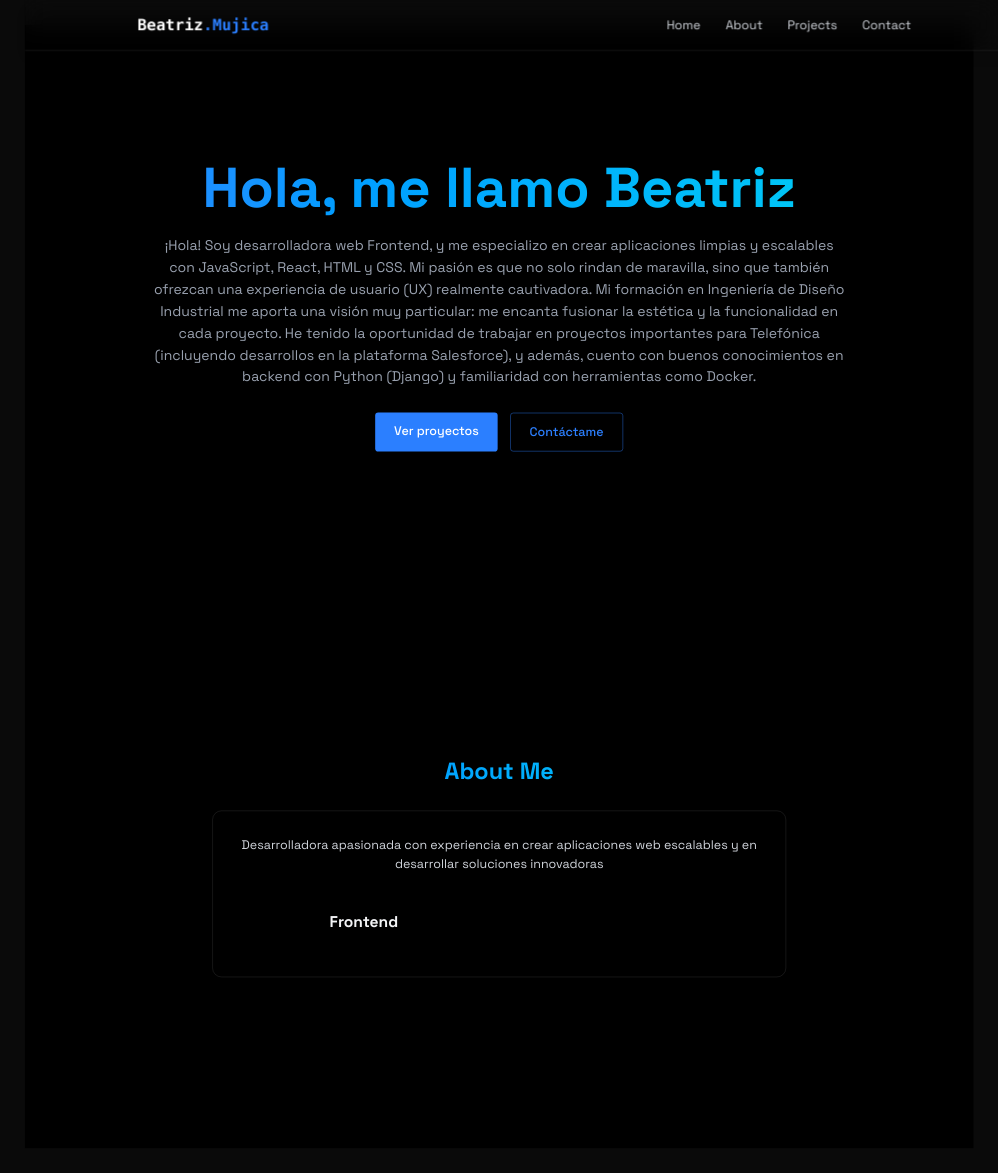
Repository: Bea0224/beatriz-portfolio
Page: /
An editor plug-in stored every save of this project. The page is shown before and after the next save, followed by the edit.
The browser window is 1280 px wide. The pictures show the whole page, at 78% of full size.
The project was rebuilt for these pictures with package versions that can differ from the ones it lists, and the page was loaded fresh each time. Also part of the build but not shown: vite.config.js.

Above is the page before, as saved 2025-12-06 21:06:21.

After the next save:
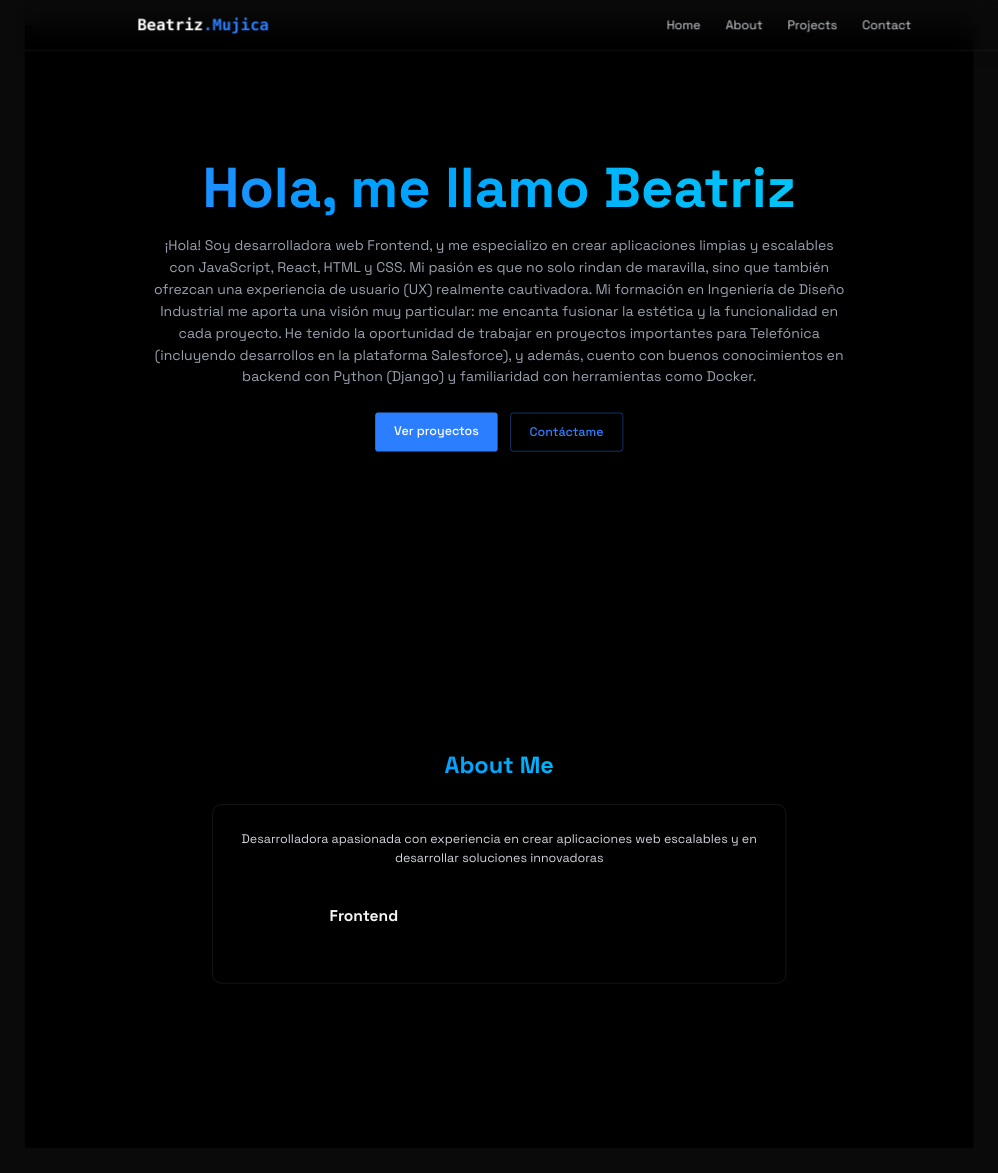
Saved 16 s later.
--- a/src/components/sections/About.jsx
+++ b/src/components/sections/About.jsx
@@ -15,7 +15,7 @@ export const About = () => {
                     </p>
                     <div className="grid grid-cols-1 md:grid-cols-2 gap-6">
                         <div className="rounded-xl p-6 hover:-translate-y-l transition-all">
-                            <h3 className="text-xl font-bold">Frontend</h3>
+                            <h3 className="text-xl font-bold mb-4">Frontend</h3>
                             <div className="flex flex-wrap gap-2"></div>
                         </div>
                     </div>
